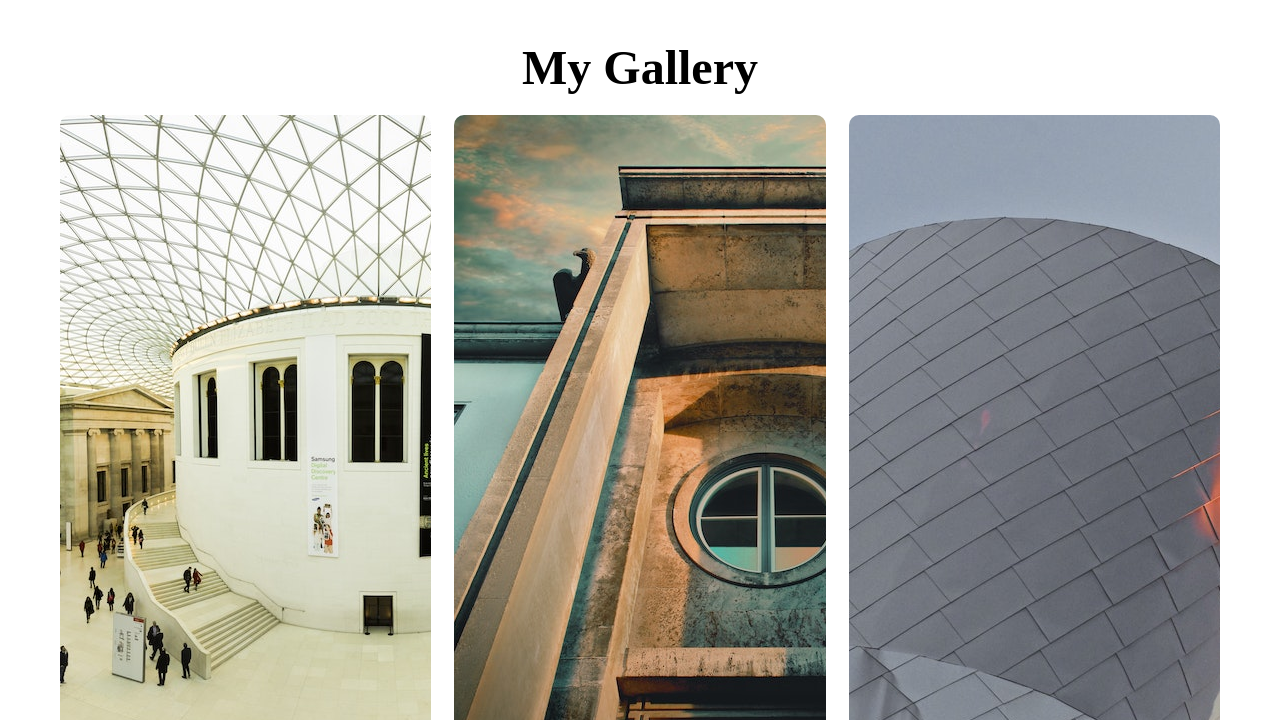
Repository: shoaib-1729/Web-Dev-Course_Dot-Batch_Love-Babbar
Page: 03_CSS Sessions Basics/05_CSS-Projects-Unwrap-Class/04_Code-Practice-unwrapClass/image-gallery-project/index.html
The author's editor kept a copy of each file at every save. The page is drawn from the files as they stood at one save, then again after the next save.
The browser window is 1280 px wide. The pictures show the whole page.
An inner scrolling area shows only its first screen.

Above is the page before, as saved 2023-08-10 00:16:25.

After the next save:
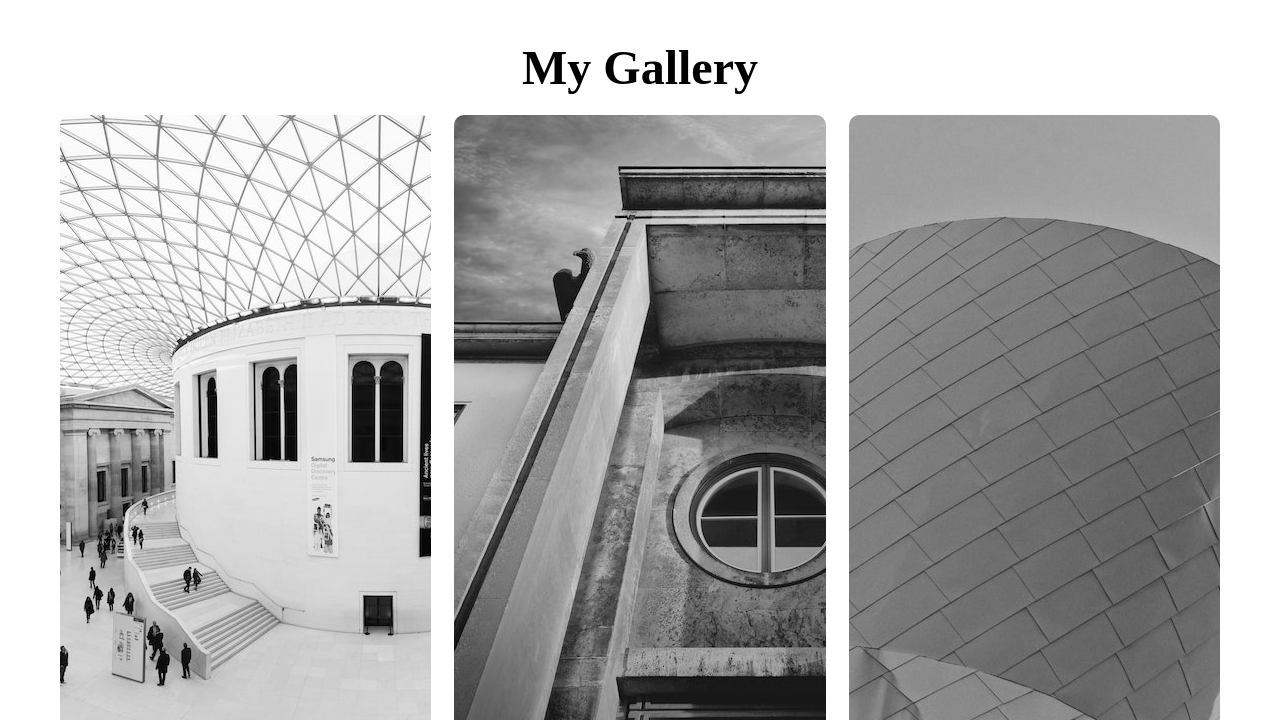
Saved 13 s later.
--- a/03_CSS Sessions Basics/05_CSS-Projects-Unwrap-Class/04_Code-Practice-unwrapClass/image-gallery-project/styles.css
+++ b/03_CSS Sessions Basics/05_CSS-Projects-Unwrap-Class/04_Code-Practice-unwrapClass/image-gallery-project/styles.css
@@ -39,8 +39,6 @@
 }
 
 .card img {
-    filter: ;
-    grayscale(100);
-    g-webkit-filter: ;
-    -webkit-filter: g;
+    filter: grayscale(100);
+    -webkit-filter: grayscale(100);
 }
